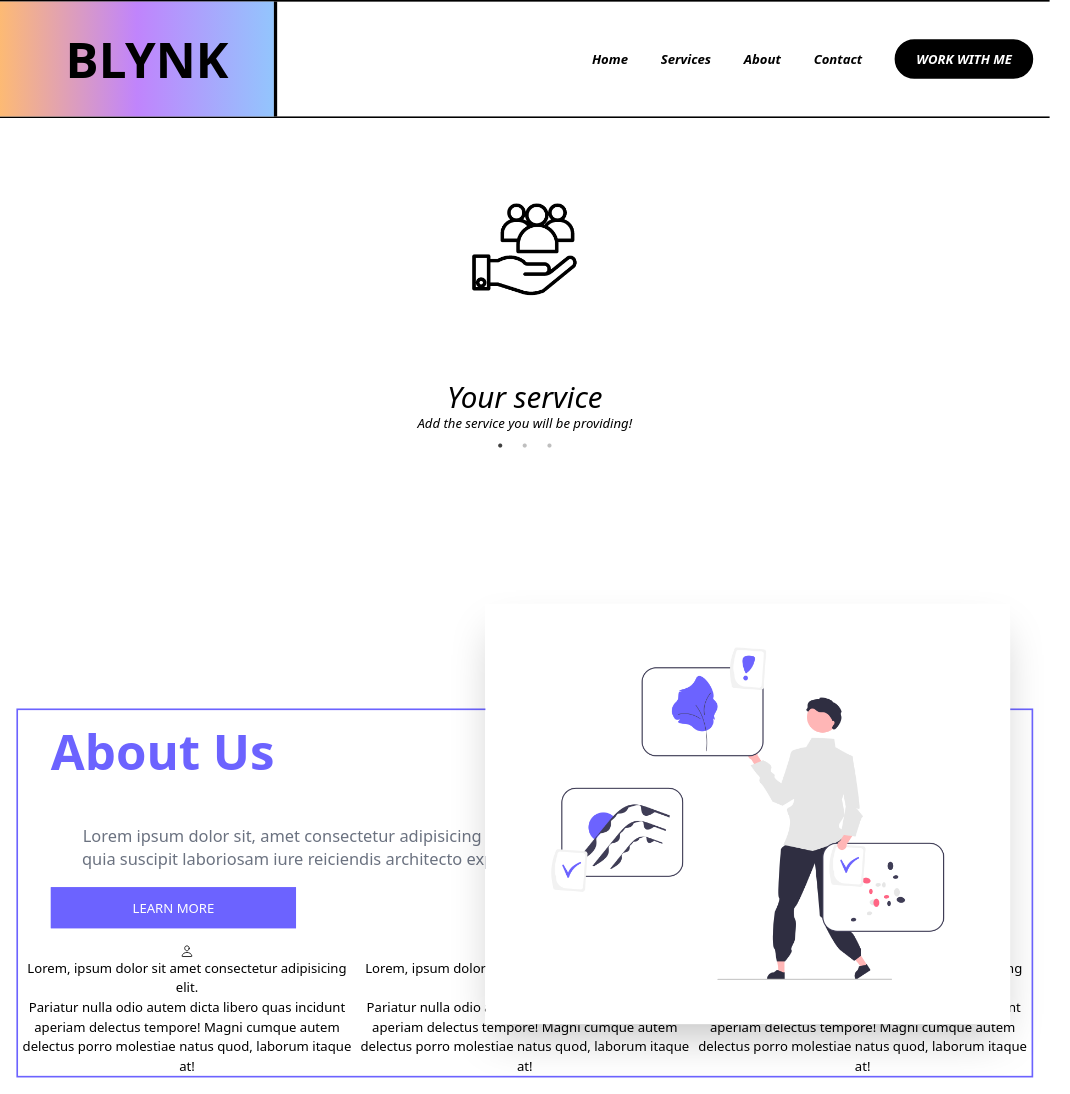
Repository: Al123Kudayyd/eportfolio
Page: /
These files come from the project's save history. The page is drawn as it stood at one moment and after the next save; the edit follows.
The browser window is 1280 px wide. The page is 1305 px wide, so the pictures cover 1305 px, including what lies to the right of the window. The pictures show the whole page, at 82% of full size.
The project was rebuilt for these pictures with package versions that can differ from the ones it lists, and the page was loaded fresh each time.

Above is the page before, as saved 2024-02-27 08:11:50.

### src/App.js
import logo from './logo.svg';
import './App.css';
import Nav from './components/Nav';
import Services from './components/Services';
import About from './components/About';

function App() {
  return (
    <div className="App">
      <Nav />
      <Services />
      <About />
    </div>
  );
}

export default App;

### src/components/Nav.jsx
import React from 'react'

function Nav() {
  return (
    <div className=' border-y-2 border-black sticky top-0 z-10'>
        <div className='flex justify-between'>
            <h1 className='font-bold py-10 pl-20 lg:text-6xl text-4xl border-r-4 pr-14 border-black bg-gradient-to-r from-orange-300 via-purple-400 to-blue-300'>BLYNK</h1>
            <ul className='italic hidden lg:flex justify-center items-center space-x-10 cursor-pointer mx-5 text-md font-semibold transp'>
                <li className='hover:text-gray-500 transition-all duration-300 '>Home</li>
                <li className='hover:text-gray-500 transition-all duration-300'>Services</li>
                <li className='hover:text-gray-500 transition-all duration-300'>About</li>
                <li className='hover:text-gray-500 transition-all duration-300'>Contact</li>
                <li className='bg-black text-white px-6 py-[10px] border-2 border-black hover:bg-white rounded-3xl
                hover:text-black transition-all duration-300'>
                    WORK WITH ME
                </li>
            </ul>
        </div>
    </div>
  )
}

export default Nav

### src/components/Services.jsx
import React from 'react'
import "slick-carousel/slick/slick.css";
import "slick-carousel/slick/slick-theme.css";
import Slider from "react-slick";
import service from '../assests/service.png'
import service1 from '../assests/service1.png'
import service2 from '../assests/service2.png'

function Services() {
  var settings = {
    dots: true,
    infinite: true,
    speed: 500,
    slidesToShow: 1,
    slidesToScroll: 1,
  };

  return (
    <div className=''>
        <div className='min-h-[400px] lg:min-h-[700px] text-center '>
        <Slider className='text-black  italic' {...settings}>
      <div className='relative'>
        <img src={service} className='w-1/4 translate-x-[150%]' alt="" />
        <h1 className='text-4xl'>Your service</h1>
        <p className='text-md'>Add the service you will be providing!</p>
      </div>
      <div>
        <img src={service1} className='w-1/4 translate-x-[150%]' alt="" />
        <h3 className='text-4xl'>Your Serivce</h3>
        <p className='text-md'>Add the service you will be providing!</p>
      </div>
      <div>
        <img src={service2} className='w-1/4 translate-x-[150%]' alt="" />
        <h3 className='text-4xl'>Your Serivce</h3>
        <p className='text-md'>Add the service you will be providing!</p>
      </div>
      </Slider>
        </div>
    </div>
  )
}

export default Services

### src/components/About.jsx
import React from 'react'
import about from '../assests/about.png'
import AboutService from './AboutService'
import { IoPersonOutline } from "react-icons/io5";
import { MdOutlineEmail } from "react-icons/md";
import { IoCheckmarkOutline } from "react-icons/io5";

function About() {
  return (
    <div className='relative '>
      <div className='relative border-2 border-[#6C63FF] m-5'>
        <div className='pl-10 flex flex-col '>
            <h1 className='text-left text-[#6C63FF] pt-5 text-6xl font-bold '>
                About Us
            </h1>
            <p className='mt-10 text-xl text-gray-500 p-5'>Lorem ipsum dolor sit, amet consectetur adipisicing elit. Tenetur voluptatem modi dolore sunt praesentium aut deleniti quia suscipit laboriosam iure reiciendis architecto expedita tempore ipsam officiis, doloremque at repellendus ducimus.</p>
            <button className='bg-[#6C63FF] text-white border border-[#6C63FF] px-7 py-3 mb-5 hover:bg-white
            hover:text-[#6C63FF] transitio duration-300 w-1/4'>
              LEARN MORE
            </button>
        </div>
        <AboutService button={<IoPersonOutline />} button1={<MdOutlineEmail />} button2={<IoCheckmarkOutline />}
        para={<div>Lorem, ipsum dolor sit amet consectetur adipisicing elit.<br /> Pariatur nulla odio autem dicta libero quas incidunt aperiam delectus tempore! Magni cumque autem delectus porro molestiae natus quod, laborum itaque at!</div>} />
        </div>

        <img src={about} className='absolute -top-32 w-[45%] lg:w-[50%] shadow-2xl right-4 lg:right-12' />
    </div>
  )
}

export default About

### src/components/AboutService.js
import React from 'react'


function AboutService({ button, button1, button2, para }) {
  return (
    <div>
        <div className='flex justify-center py-30'>
            <div className='flex flex-col items-center'>
                <span>{button}</span>
                <p>{para}</p>
            </div>
            <div className='flex flex-col items-center'>
                <span>{button1}</span>
                <p>{para}</p>
            </div>
            <div className='flex flex-col items-center'>
                <span>{button2}</span>
                <p>{para}</p>
            </div>
        </div>
    </div>
  )
}

export default AboutService

### tailwind.config.js
/** @type {import('tailwindcss').Config} */
module.exports = {
  content: [
    "./src/App.js.{js,jsx,ts,tsx}",
    "./src/components/Nav.{js,jsx,ts,tsx}",
    "./src/components/Services.{js,jsx,ts,tsx}",
    "./src/components/About.{js,jsx,ts,tsx}"
],
  theme: {
    extend: {},
  },
  plugins: [],
}

Loaded but not shown: public/index.html (common file); src/index.js (common file); src/index.css (common file); src/reportWebVitals.js (common file); src/App.css (common file)

After the next save:
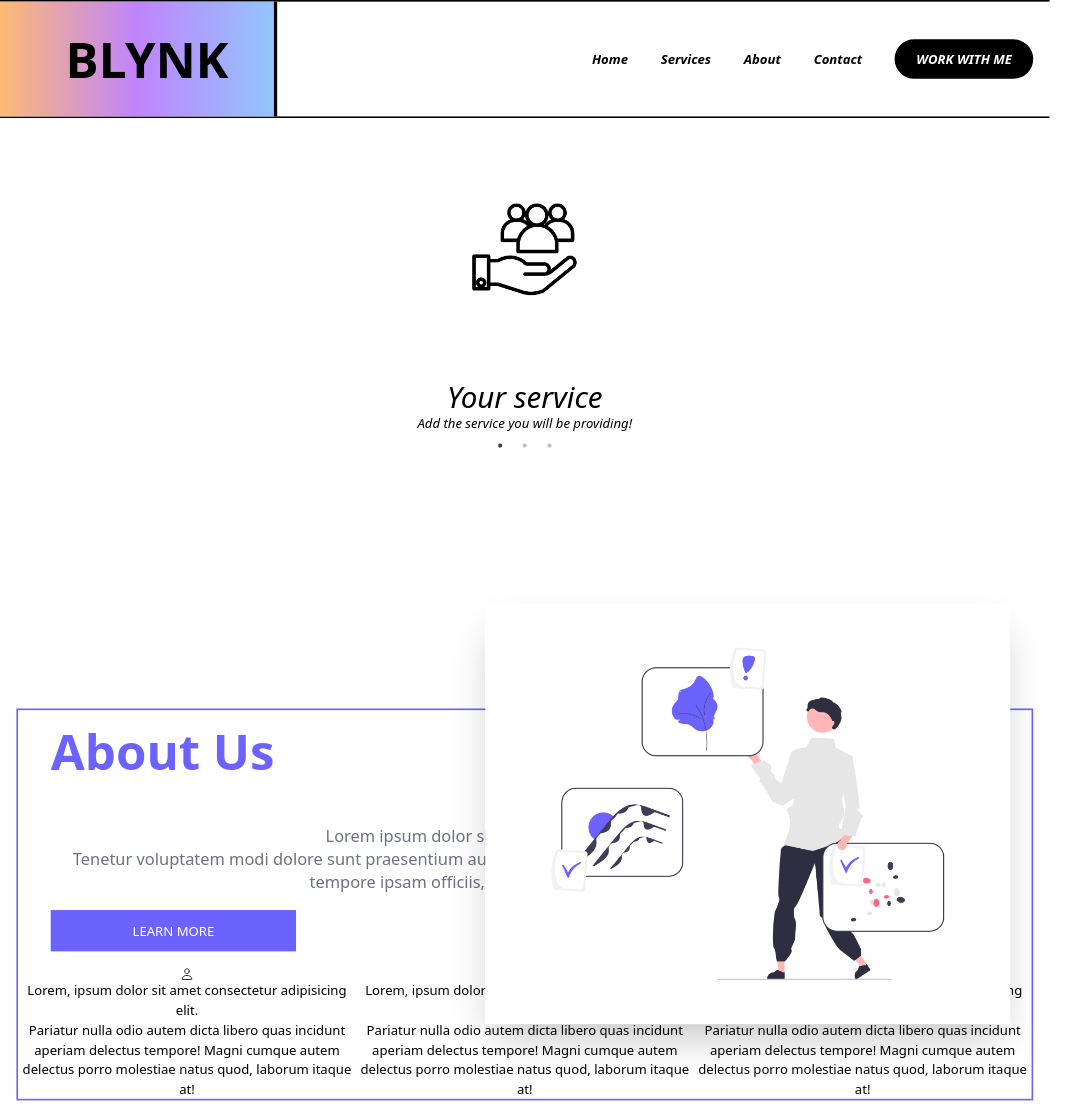
Saved 18 s later.
--- a/src/components/About.jsx
+++ b/src/components/About.jsx
@@ -13,7 +13,7 @@ function About() {
             <h1 className='text-left text-[#6C63FF] pt-5 text-6xl font-bold '>
                 About Us
             </h1>
-            <p className='mt-10 text-xl text-gray-500 p-5'>Lorem ipsum dolor sit, amet consectetur adipisicing elit. Tenetur voluptatem modi dolore sunt praesentium aut deleniti quia suscipit laboriosam iure reiciendis architecto expedita tempore ipsam officiis, doloremque at repellendus ducimus.</p>
+            <p className='mt-10 text-xl text-gray-500 p-5'>Lorem ipsum dolor sit, amet consectetur adipisicing elit.<br /> Tenetur voluptatem modi dolore sunt praesentium aut deleniti quia suscipit laboriosam iure reiciendis architecto expedita tempore ipsam officiis, doloremque at repellendus ducimus.</p>
             <button className='bg-[#6C63FF] text-white border border-[#6C63FF] px-7 py-3 mb-5 hover:bg-white
             hover:text-[#6C63FF] transitio duration-300 w-1/4'>
               LEARN MORE
